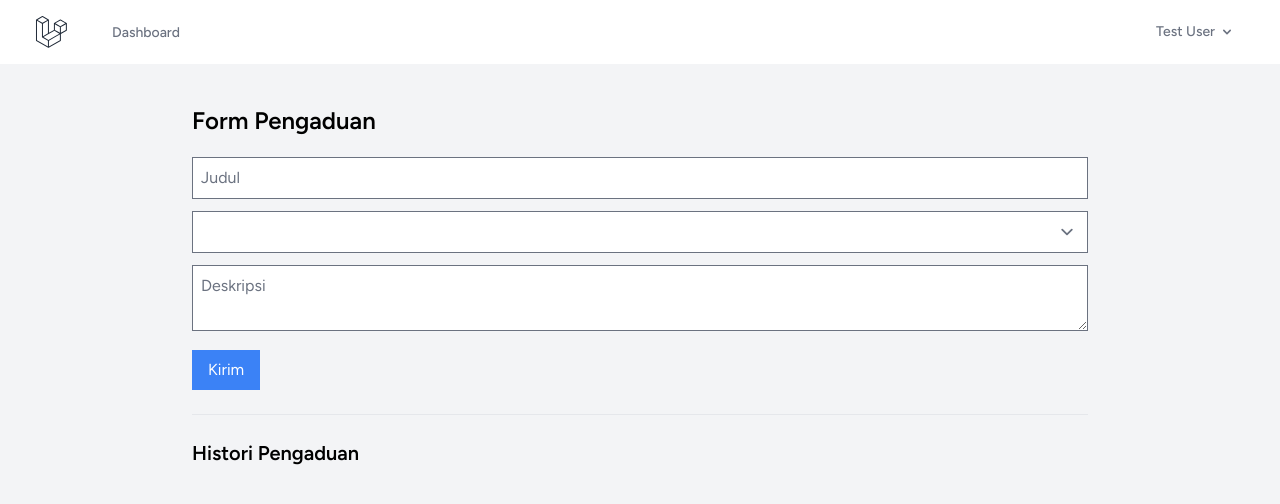
Repository: ikhwan1227/sistem-pengaduan-sekolah
Page: http://localhost/complaint
These files come from the project's save history. The page is drawn as it stood at one moment and after the next save; the edit follows.
The browser window is 1280 px wide. The pictures show the whole page.
The page is served by the project's Laravel application, run on PHP 8.4 with Laravel 12. A made-up administrator, Test User (test@example.com), is signed in. Style sheets and scripts are compiled from the project's sources, by tool versions that may differ from the author's. Queries for data that is not in the repository find no rows.

Above is the page before, as saved 2026-04-08 22:56:52.

After the next save:
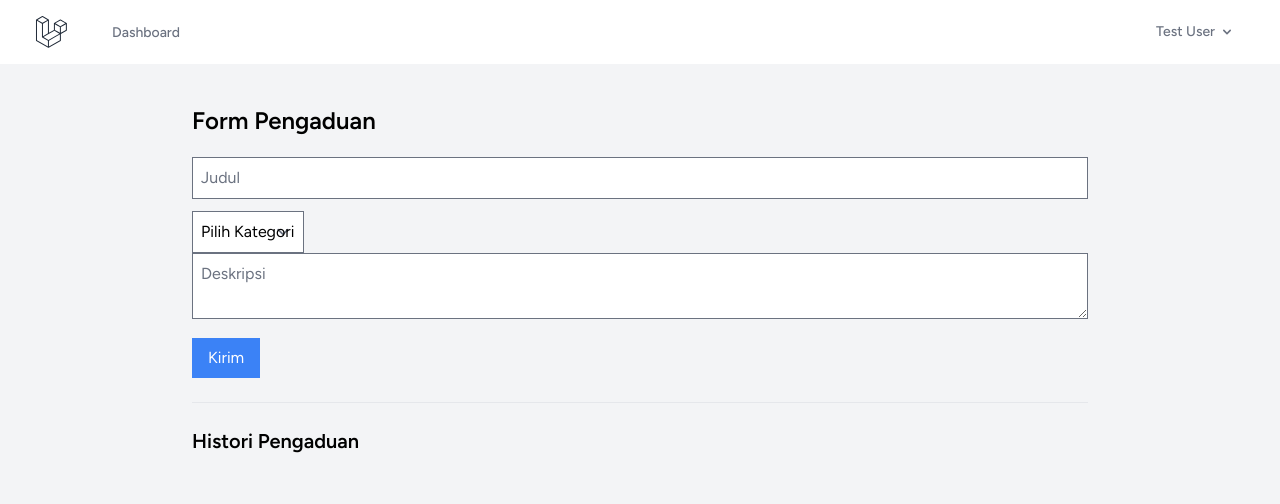
Saved 63 s later.
--- a/resources/views/complaint/index.blade.php
+++ b/resources/views/complaint/index.blade.php
@@ -14,7 +14,8 @@
 
         <input type="text" name="judul" placeholder="Judul" class="w-full border p-2 mb-3" required>
 
-        <select name="category_id" class="w-full border p-2 mb-3">
+        <select name="category_id" class="border p-2">
+            <option value="">Pilih Kategori</option>
             @foreach($categories as $c)
                 <option value="{{ $c->id }}">{{ $c->nama_kategori }}</option>
             @endforeach

After the save that followed:
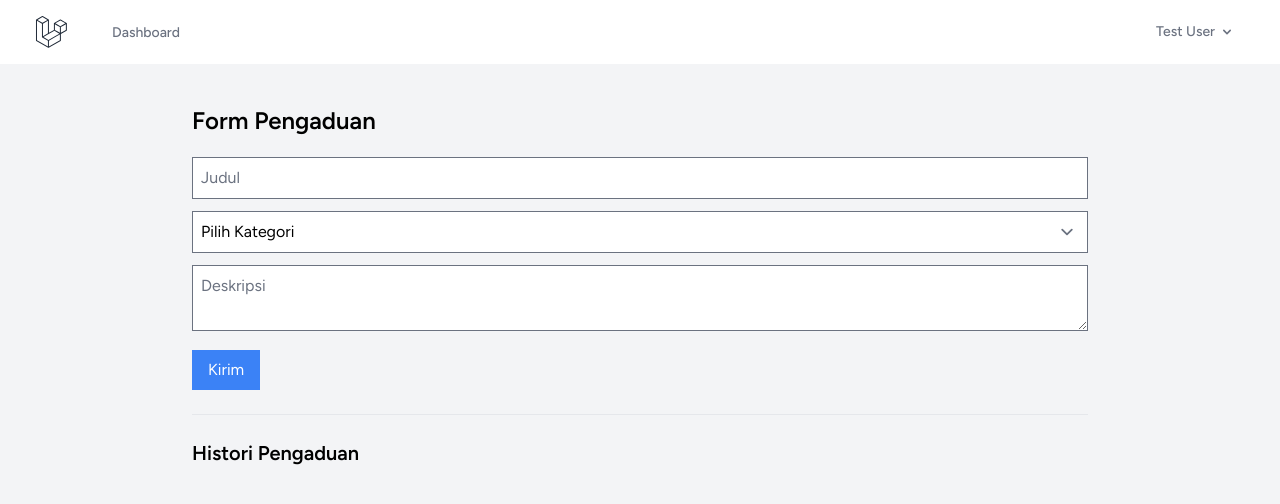
Saved 102 s later.
--- a/resources/views/complaint/index.blade.php
+++ b/resources/views/complaint/index.blade.php
@@ -14,7 +14,7 @@
 
         <input type="text" name="judul" placeholder="Judul" class="w-full border p-2 mb-3" required>
 
-        <select name="category_id" class="border p-2">
+        <select name="category_id"class="w-full border p-2 mb-3">
             <option value="">Pilih Kategori</option>
             @foreach($categories as $c)
                 <option value="{{ $c->id }}">{{ $c->nama_kategori }}</option>
